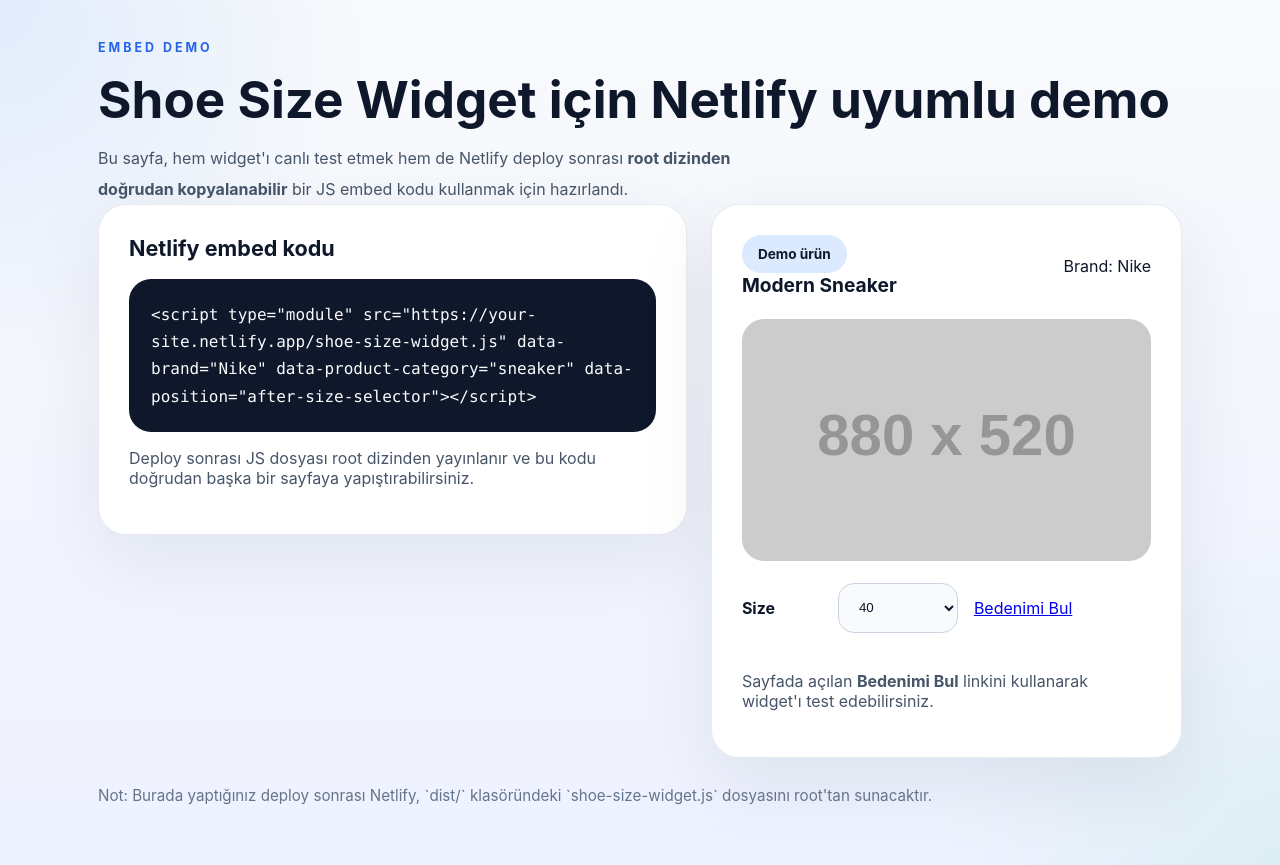
Repository: h-kod/sizeselect
Page: /
An editor plug-in stored every save of this project. The page is shown before and after the next save, followed by the edit.
The browser window is 1280 px wide. The pictures show the whole page.
The project was rebuilt for these pictures with package versions that can differ from the ones it lists, and the page was loaded fresh each time. Also part of the build but not shown: vite.config.ts.

Above is the page before, as saved 2026-06-07 05:12:09.

### index.html
<!doctype html>
<html lang="tr">
  <head>
    <meta charset="utf-8" />
    <meta name="viewport" content="width=device-width, initial-scale=1.0" />
    <title>Shoe Size Widget Demo</title>
    <style>
      :root {
        color-scheme: light;
        color: #0f172a;
        background: #f8fafc;
        font-family: Inter, ui-sans-serif, system-ui, -apple-system, BlinkMacSystemFont, "Segoe UI", sans-serif;
      }
      * {
        box-sizing: border-box;
      }
      html, body {
        margin: 0;
        min-height: 100vh;
        overflow-x: hidden;
      }
      body {
        background: radial-gradient(circle at top left, rgba(59,130,246,0.12), transparent 24%),
          radial-gradient(circle at bottom right, rgba(16,185,129,0.08), transparent 22%),
          linear-gradient(180deg, #f8fafc 0%, #eef2ff 100%);
      }
      main {
        max-width: 1120px;
        margin: 0 auto;
        padding: 40px 18px 60px;
      }
      .hero {
        display: grid;
        gap: 28px;
      }
      .hero-headline {
        display: flex;
        flex-direction: column;
        gap: 18px;
      }
      .eyebrow {
        text-transform: uppercase;
        letter-spacing: 0.24em;
        font-size: 0.78rem;
        color: #2563eb;
        font-weight: 700;
      }
      h1 {
        margin: 0;
        font-size: clamp(2.4rem, 4vw, 3.6rem);
        line-height: 1.02;
      }
      .lede {
        margin: 0;
        max-width: 44rem;
        color: #475569;
        font-size: 1rem;
        line-height: 1.9;
      }
      .grid-2 {
        display: grid;
        gap: 24px;
        min-width: 0;
      }
      .card {
        background: #ffffff;
        border: 1px solid rgba(148, 163, 184, 0.22);
        border-radius: 28px;
        box-shadow: 0 24px 80px rgba(15, 23, 42, 0.08);
        padding: 30px;
        min-width: 0;
      }
      .card h2 {
        margin-top: 0;
        margin-bottom: 18px;
        font-size: 1.35rem;
      }
      .product-panel {
        display: grid;
        gap: 22px;
        min-width: 0;
      }
      .product-meta {
        display: flex;
        flex-wrap: wrap;
        justify-content: space-between;
        align-items: center;
        gap: 14px;
        min-width: 0;
      }
      .product-meta strong {
        display: block;
        font-size: 1.2rem;
      }
      .product-meta .tag {
        display: inline-flex;
        padding: 0.7rem 1rem;
        border-radius: 999px;
        color: #0f172a;
        background: #dbeafe;
        font-size: 0.85rem;
        font-weight: 700;
      }
      .product-panel img {
        width: 100%;
        border-radius: 22px;
        min-height: 200px;
        object-fit: cover;
      }
      .control-row {
        display: flex;
        flex-wrap: wrap;
        gap: 16px;
        align-items: center;
      }
      label {
        font-weight: 700;
        min-width: 80px;
      }
      select {
        min-width: 120px;
        padding: 0.95rem 1rem;
        border-radius: 16px;
        border: 1px solid #cbd5e1;
        background: #f8fafc;
        color: #0f172a;
      }
      .code-block {
        margin: 0;
        padding: 22px;
        border-radius: 22px;
        background: #0f172a;
        color: #f8fafc;
        font-family: ui-monospace, SFMono-Regular, Menlo, Monaco, Consolas, "Liberation Mono", "Courier New", monospace;
        line-height: 1.7;
        white-space: pre-wrap;
        word-break: break-word;
      }
      .note {
        margin-top: 16px;
        color: #475569;
      }
      .feature-list li {
        padding-left: 28px;
        position: relative;
      }
      .feature-list li::before {
        content: "✔";
        position: absolute;
        left: 0;
        top: 0;
        color: #2563eb;
      }
      footer {
        margin-top: 28px;
        color: #64748b;
        font-size: 0.95rem;
      }
      @media (min-width: 960px) {
        .grid-2 {
          grid-template-columns: 1fr 0.8fr;
          align-items: start;
        }
      }
      @media (max-width: 720px) {
        main {
          padding: 28px 18px 40px;
        }
        .product-meta {
          flex-direction: column;
          align-items: flex-start;
        }
      }
    </style>
  </head>
  <body>
    <main>
      <section class="hero-headline">
        <span class="eyebrow">Embed demo</span>
        <h1>Shoe Size Widget için Netlify uyumlu demo</h1>
        <p class="lede">Bu sayfa, hem widget'ı canlı test etmek hem de Netlify deploy sonrası <strong>root dizinden doğrudan kopyalanabilir</strong> bir JS embed kodu kullanmak için hazırlandı.</p>
      </section>

      <section class="grid-2">
        <article class="card">
          <h2>Netlify embed kodu</h2>
          <pre class="code-block">&lt;script type="module" src="https://your-site.netlify.app/shoe-size-widget.js" data-brand="Nike" data-product-category="sneaker" data-position="after-size-selector"&gt;&lt;/script&gt;</pre>
          <p class="note">Deploy sonrası JS dosyası root dizinden yayınlanır ve bu kodu doğrudan başka bir sayfaya yapıştırabilirsiniz.</p>
        </article>

        <article class="card product-panel">
          <div class="product-meta">
            <div>
              <span class="tag">Demo ürün</span>
              <strong>Modern Sneaker</strong>
            </div>
            <span>Brand: Nike</span>
          </div>
          <img src="https://via.placeholder.com/880x520?text=Modern+Sneaker" alt="Modern Sneaker" />
          <div class="control-row">
            <label for="size-select">Size</label>
            <select id="size-select" name="size">
              <option>40</option>
              <option>41</option>
              <option>42</option>
              <option>42.5</option>
              <option>43</option>
              <option>44</option>
            </select>
          </div>
          <p class="note">Sayfada açılan <strong>Bedenimi Bul</strong> linkini kullanarak widget'ı test edebilirsiniz.</p>
        </article>
      </section>

      <footer>Not: Burada yaptığınız deploy sonrası Netlify, `dist/` klasöründeki `shoe-size-widget.js` dosyasını root'tan sunacaktır.</footer>
    </main>

    <script type="module" src="/src/widget/embed.ts" data-brand="Nike" data-product-category="sneaker" data-position="after-size-selector"></script>
  </body>
</html>

### src/widget/embed.ts
import React from 'react'
import { createRoot } from 'react-dom/client'
import ShoeSizeWidget from './ShoeSizeWidget'
import cssText from '../styles/widget.css?inline'

function injectIntoShadow(rootEl:HTMLElement, brand:string){
  const host = document.createElement('div')
  const shadow = host.attachShadow({mode:'open'})
  const style = document.createElement('style')
  style.textContent = cssText
  shadow.appendChild(style)
  const mount = document.createElement('div')
  shadow.appendChild(mount)
  rootEl.appendChild(host)
  const r = createRoot(mount)
  r.render(React.createElement(ShoeSizeWidget,{targetBrand:brand}))
}

function findInsertTarget(position:string){
  if(position === 'after-size-selector'){
    const sel = document.querySelector('select[name*="size"], select[id*="size"], select')
    if(sel && sel.parentElement) return sel.parentElement
  }
  return document.body
}

function init(){
  const script = document.currentScript as HTMLScriptElement | null
  const brand = script?.dataset.brand || 'Nike'
  const pos = script?.dataset.position || 'after-size-selector'
  const target = findInsertTarget(pos)
  if(!target) return
  // create small link if there's no obvious size area
  const wrapper = document.createElement('div')
  wrapper.style.display = 'inline-block'
  const link = document.createElement('a')
  link.textContent = 'Bedenimi Bul'
  link.href = '#'
  link.className = 'ssw-open-link'
  link.onclick = (e)=>{ e.preventDefault(); injectIntoShadow(wrapper, brand); document.querySelector('.ssw-open-link')?.remove() }
  wrapper.appendChild(link)
  target.appendChild(wrapper)
}

init()

### src/styles/widget.css
:host{font-family:Inter,system-ui,Segoe UI,Roboto,"Helvetica Neue",Arial;color:#111;line-height:1.5;box-sizing:border-box}
*,*:before,*:after{box-sizing:inherit}
.ssw-overlay{position:fixed;inset:0;background:rgba(15,23,42,0.35);backdrop-filter:blur(2px);z-index:9998}
.ssw-drawer{position:fixed;right:0;top:0;height:100%;width:420px;max-width:100%;background:#ffffff;box-shadow:-18px 0 44px rgba(15,23,42,0.18);z-index:9999;transform:translateX(100%);transition:transform .28s ease,box-shadow .28s ease;display:flex;flex-direction:column}
.ssw-drawer.open{transform:translateX(0)}
.ssw-header{padding:24px 24px 16px;border-bottom:1px solid #f1f5f9;background:#fff}
.ssw-title{margin:0;font-size:1.25rem;font-weight:700;letter-spacing:-0.02em}
.ssw-subtitle{margin:10px 0 0;color:#475569;font-size:0.95rem;max-width:92%}
.ssw-body{padding:16px 24px 120px;overflow:auto;flex:1}
.ssw-footer{position:absolute;left:0;right:0;bottom:0;padding:16px 24px;border-top:1px solid #f1f5f9;background:#fff;display:flex;gap:12px;justify-content:space-between;align-items:center}
.ssw-button{background:#0f172a;color:#fff;padding:14px 18px;border-radius:14px;border:none;font-weight:700;cursor:pointer;min-width:140px;transition:transform .16s ease,background .16s ease}
.ssw-button:hover{transform:translateY(-1px);background:#0b1220}
.ssw-secondary{background:#f1f5f9;color:#0f172a}
.ssw-secondary:hover{background:#e2e8f0}
.ssw-link{color:#2563eb;cursor:pointer;text-decoration:none;font-weight:600}
.ssw-footer .ssw-link{font-size:0.95rem}
.result-card{padding:18px;border-radius:20px;background:linear-gradient(180deg,rgba(236,246,255,0.95),#f8fbff);border:1px solid #dbeafe;box-shadow:0 8px 24px rgba(15,23,42,0.06)}
.ssw-section{margin-top:22px}
.ssw-section:first-of-type{margin-top:0}
.ssw-label{display:block;margin-bottom:10px;font-size:0.95rem;font-weight:600;color:#334155}
.ssw-input,
.ssw-select,
.ssw-textarea{width:100%;border:1px solid #e2e8f0;border-radius:14px;padding:12px 14px;font-size:0.95rem;color:#0f172a;background:#fff;outline:none;transition:border-color .16s ease,box-shadow .16s ease}
.ssw-input:focus,
.ssw-select:focus{border-color:#2563eb;box-shadow:0 0 0 4px rgba(37,99,235,0.12)}
.ssw-pill-group{display:flex;flex-wrap:wrap;gap:10px}
.ssw-pill{border:1px solid #e2e8f0;border-radius:999px;padding:10px 14px;font-size:0.95rem;background:#f8fafc;color:#0f172a;cursor:pointer;transition:transform .16s ease,background .16s ease,border-color .16s ease}
.ssw-pill.active{background:#0f172a;color:#fff;border-color:#0f172a}
.ssw-pill:hover{transform:translateY(-1px);background:#e2e8f0}
.ssw-brand-grid{display:grid;grid-template-columns:repeat(2,minmax(0,1fr));gap:12px;margin-top:12px}
.ssw-brand-card{display:flex;align-items:center;gap:12px;padding:14px 16px;border-radius:18px;border:1px solid #e2e8f0;background:#fff;cursor:pointer;transition:transform .16s ease,box-shadow .16s ease,border-color .16s ease;text-align:left}
.ssw-brand-card:hover{transform:translateY(-1px);box-shadow:0 16px 40px rgba(15,23,42,0.08)}
.ssw-brand-card.active{border-color:#2563eb;box-shadow:0 20px 45px rgba(37,99,235,0.16)}
.ssw-brand-avatar{display:inline-flex;align-items:center;justify-content:center;width:40px;height:40px;border-radius:50%;color:#fff;font-weight:700;font-size:0.95rem;flex-shrink:0}
.ssw-brand-card strong{display:block;font-size:0.95rem;margin-bottom:4px;color:#111827}
.ssw-brand-card small{display:block;color:#64748b;font-size:0.82rem}
.ssw-chip{display:inline-flex;align-items:center;gap:8px;padding:10px 14px;border-radius:14px;background:#eff6ff;color:#0f172a;border:1px solid #dbeafe;font-size:0.95rem}
.ssw-tile{padding:16px;border-radius:20px;background:#f8fafc;border:1px solid #e2e8f0}
.ssw-stepper{display:flex;gap:8px;flex-wrap:wrap;margin-bottom:18px}
.ssw-step{padding:8px 12px;border-radius:999px;font-size:0.85rem;background:#f8fafc;color:#475569}
.ssw-step.active{background:#0f172a;color:#fff}
.ssw-description{color:#475569;font-size:0.95rem;line-height:1.7;margin-top:12px}
.ssw-section-note{margin-top:10px;color:#64748b;font-size:0.92rem;line-height:1.6}
.ssw-brand-grid{display:grid;grid-template-columns:1fr;gap:12px;margin-top:12px}
.ssw-brand-card{width:100%;min-height:92px}
@media(max-width:640px){
  .ssw-drawer{width:100%;max-width:100%;border-top-left-radius:18px;border-top-right-radius:18px}
  .ssw-header{border-radius:0 0 18px 18px}
  .ssw-body{padding:18px 18px 140px}
  .ssw-footer{padding:16px 18px}
}

### src/widget/drawer.tsx
import React, { useEffect, useRef } from 'react'

export default function Drawer({open,onClose,children}:{open:boolean,onClose:()=>void,children:any}){
  const ref = useRef<HTMLDivElement|null>(null)
  useEffect(()=>{
    function onKey(e:KeyboardEvent){ if(e.key==='Escape') onClose() }
    if(open) document.addEventListener('keydown',onKey)
    return ()=> document.removeEventListener('keydown',onKey)
  },[open])
  return (
    <div>
      {open && <div className="ssw-overlay" onClick={onClose} />}
      <aside ref={ref} className={`ssw-drawer${open? ' open':''}`} role="dialog" aria-label="Ayakkabı numarası asistanı">
        <header className="ssw-header">
          <div style={{display:'flex',justifyContent:'space-between',alignItems:'center',gap:12}}>
            <div>
              <p className="ssw-title">Ayakkabı Numaranı Doğrula</p>
              <p className="ssw-subtitle">Kullandığın markadaki numarana göre bu üründe sana en yakın bedeni bulalım.</p>
            </div>
            <button type="button" className="ssw-secondary" onClick={onClose}>Kapat</button>
          </div>
        </header>
        <div className="ssw-body">{children}</div>
      </aside>
    </div>
  )
}

### src/components/BrandSelector.tsx
import React from 'react'
import { brandMeta } from '../data/brandMeta'

const BRANDS = Object.keys(brandMeta) as Array<keyof typeof brandMeta>

export default function BrandSelector({value,onChange}:{value:string,onChange:(v:string)=>void}){
  return (
    <div className="ssw-section">
      <label className="ssw-label">Daha önce hangi markayı giydin?</label>
      <div className="ssw-brand-grid">
        {BRANDS.map(b => {
          const meta = brandMeta[b]
          return (
            <button key={b} type="button" className={`ssw-brand-card ${value===b? 'active':''}`} onClick={()=>onChange(b)}>
              <span className="ssw-brand-avatar" style={{backgroundColor:meta.color}}>{meta.label}</span>
              <span>
                <strong>{meta.display}</strong>
                <small>{meta.caption}</small>
              </span>
            </button>
          )
        })}
      </div>
    </div>
  )
}

### src/components/SizeSelector.tsx
import React from 'react'

export default function SizeSelector({system,options,value,onChange}:{system:string,options:number[]|string[],value:string,onChange:(v:string)=>void}){
  return (
    <div className="ssw-section">
      <label className="ssw-label">Mevcut numaran</label>
      <div className="ssw-chip">{system}</div>
      <select className="ssw-select" value={value} onChange={e=>onChange(e.target.value)}>
        {options.map(o=> <option key={String(o)} value={String(o)}>{String(o)}</option>)}
      </select>
    </div>
  )
}

### src/components/FitPreference.tsx
import React from 'react'

export default function FitPreference({value,onChange}:{value:string,onChange:(v:string)=>void}){
  const opts = [{k:'dar',t:'Dar seviyorum'},{k:'normal',t:'Tam otursun'},{k:'rahat',t:'Rahat olsun'},{k:'tarakli',t:'Ayağım taraklı'}]
  return (
    <div className="ssw-section">
      <label className="ssw-label">Fit tercihin</label>
      <div className="ssw-pill-group">
        {opts.map(o=> (
          <button key={o.k} type="button" className={`ssw-pill ${value===o.k? 'active':''}`} onClick={()=>onChange(o.k)}>{o.t}</button>
        ))}
      </div>
    </div>
  )
}

### src/components/ResultCard.tsx
import React from 'react'

export default function ResultCard({recommended,alternative,fitNote,confidence}:{recommended:string,alternative:string,fitNote?:string,confidence?:number}){
  return (
    <div className="ssw-section">
      <div className="result-card">
        <div style={{display:'flex',justifyContent:'space-between',alignItems:'center',gap:12}}>
          <div>
            <p style={{margin:0,fontSize:'0.95rem',color:'#64748b'}}>Önerilen beden</p>
            <p style={{margin:'6px 0 0',fontSize:'1.5rem',fontWeight:700}}>{recommended}</p>
          </div>
          <div style={{textAlign:'right'}}>
            <p style={{margin:'0 0 6px',fontSize:'0.85rem',color:'#475569'}}>Güven</p>
            <p style={{margin:0,fontSize:'1rem',fontWeight:700}}>{confidence}%</p>
          </div>
        </div>
        <div style={{marginTop:18,display:'grid',gap:10}}>
          <div style={{display:'flex',justifyContent:'space-between'}}><span style={{color:'#475569'}}>Alternatif</span><strong>{alternative}</strong></div>
          {fitNote && <div style={{color:'#475569'}}>{fitNote}</div>}
          <div style={{background:'#eef2ff',borderRadius:14,padding:'12px 14px',color:'#0f172a'}}>
            Ayağın taraklıysa {recommended}, normal kalıpsa {alternative} tercih edebilirsin.
          </div>
        </div>
      </div>
    </div>
  )
}

### src/components/FootMeasureForm.tsx
import React, { useState } from 'react'

export default function FootMeasureForm({onMeasure}:{onMeasure:(cm:number)=>void}){
  const [val,setVal] = useState('26.5')
  return (
    <div className="ssw-section">
      <label className="ssw-label">Ayağımı ölçerek bul</label>
      <div className="ssw-tile">
        <div style={{display:'flex',gap:10,flexWrap:'wrap',alignItems:'center'}}>
          <input className="ssw-input" value={val} onChange={e=>setVal(e.target.value)} placeholder="26.5" />
          <button type="button" className="ssw-button" onClick={()=>onMeasure(Number(val))}>Hesapla</button>
        </div>
        <p className="ssw-section-note">Topuğunu duvara yasla, en uzun parmağa kadar ölç. Sonra değeri gir.</p>
      </div>
    </div>
  )
}

### src/utils/sizeConverter.ts
import { brandSizeProfiles } from '../data/brandSizeProfiles'

export type SizeSystem = 'EU' | 'US' | 'UK' | 'CM'

export function toCm(brand: string, value: number, system: SizeSystem) {
  const profile: any = (brandSizeProfiles as any)[brand]
  if (!profile) return null
  if (system === 'CM') return value
  const sizes = profile.sizes
  // find closest in given system
  const key = system.toLowerCase()
  let closest = sizes[0]
  let min = Infinity
  for (const s of sizes) {
    const v = (s as any)[key === 'us' ? 'us_m' : key === 'uk' ? 'uk_m' : 'eu']
    if (v == null) continue
    const diff = Math.abs(v - value)
    if (diff < min) {
      min = diff
      closest = s
    }
  }
  return closest.cm
}

export function findNearestSizeByCm(brand: string, cm: number) {
  const profile: any = (brandSizeProfiles as any)[brand]
  if (!profile) return null
  let best = profile.sizes[0]
  let min = Math.abs(best.cm - cm)
  for (const s of profile.sizes) {
    const d = Math.abs(s.cm - cm)
    if (d < min) {
      min = d
      best = s
    }
  }
  return best
}

export function applyFitPreference(euSize:number, pref:string){
  if(pref === 'dar') return euSize - 0.5
  if(pref === 'rahat' || pref==='tarakli') return euSize + 0.5
  return euSize
}

### src/data/brandSizeProfiles.ts
export const brandSizeProfiles = {
  Nike: {
    fitNote: 'Genellikle dar/standart kalıp. Bazı modellerde yarım numara büyük tercih edilebilir.',
    offsetFromStandard: 0.5,
    sizes: [
      { eu: 40, us_m: 7, uk_m: 6, cm: 25 },
      { eu: 41, us_m: 8, uk_m: 7, cm: 26 },
      { eu: 42, us_m: 8.5, uk_m: 7.5, cm: 26.5 },
      { eu: 42.5, us_m: 9, uk_m: 8, cm: 27 },
      { eu: 43, us_m: 9.5, uk_m: 8.5, cm: 27.5 }
    ]
  },
  Adidas: {
    fitNote: 'Genellikle standart kalıp. Nike’a göre bazı modellerde biraz daha geniş hissedilebilir.',
    offsetFromStandard: 0,
    sizes: [
      { eu: 40, us_m: 7, uk_m: 6, cm: 25.2 },
      { eu: 41, us_m: 8, uk_m: 7, cm: 26.1 },
      { eu: 42, us_m: 8.5, uk_m: 7.5, cm: 26.6 },
      { eu: 42.5, us_m: 9, uk_m: 8, cm: 27.1 },
      { eu: 43, us_m: 9.5, uk_m: 8.5, cm: 27.6 }
    ]
  }
} as const

### src/utils/domIntegration.ts
export function findSizeElement() {
  // try select
  const selectors = ['select[name*="size"]','select[id*="size"]','select']
  for(const sel of selectors){
    const el = document.querySelector(sel) as HTMLSelectElement | null
    if(el && el.options.length>0) return el
  }
  // radios
  const radios = Array.from(document.querySelectorAll('input[type="radio"]'))
  if(radios.length) return radios[0].closest('form') || radios[0]
  return null
}

export function trySelectSize(value:string){
  try{
    const sel = findSizeElement() as HTMLSelectElement | null
    if(sel && sel.tagName === 'SELECT'){
      const target = String(value).trim()
      const numericTarget = Number(target.replace(/[^\\d.]/g,''))
      // exact text match
      for(const [i,opt] of Array.from(sel.options).entries()){
        const text = opt.textContent? opt.textContent.trim() : ''
        if(text === target){ sel.selectedIndex = i; sel.dispatchEvent(new Event('change',{bubbles:true})); return true }
        const num = Number(text.replace(/[^\d.]/g,''))
        if(!Number.isNaN(num) && !Number.isNaN(numericTarget) && Math.abs(num - numericTarget) < 0.001){ sel.selectedIndex = i; sel.dispatchEvent(new Event('change',{bubbles:true})); return true }
      }
      // nearest numeric fallback
      if(!Number.isNaN(numericTarget)){
        let bestIndex = -1
        let bestDiff = Infinity
        for(const [i,opt] of Array.from(sel.options).entries()){
          const text = opt.textContent? opt.textContent.trim() : ''
          const num = Number(text.replace(/[^\d.]/g,''))
          if(Number.isNaN(num)) continue
          const d = Math.abs(num - numericTarget)
          if(d < bestDiff){ bestDiff = d; bestIndex = i }
        }
        if(bestIndex >= 0){ sel.selectedIndex = bestIndex; sel.dispatchEvent(new Event('change',{bubbles:true})); return true }
      }
    }
    // radios
    const radios = Array.from(document.querySelectorAll('input[type="radio"]')) as HTMLInputElement[]
    for(const r of radios){
      const label = (r.nextElementSibling && r.nextElementSibling.textContent) || r.value
      if(label && label.trim()===value){
        r.checked = true
        r.dispatchEvent(new Event('change',{bubbles:true}))
        return true
      }
    }
  }catch(e){ console.warn('select error',e) }
  return false
}

### src/data/brandMeta.ts
export const brandMeta = {
  Nike: { label: 'NI', display: 'Nike', color: '#111111', caption: 'Hafif dar kalıp' },
  Adidas: { label: 'AD', display: 'Adidas', color: '#000000', caption: 'Standart kalıp' },
  Puma: { label: 'PU', display: 'Puma', color: '#d62828', caption: 'Sportif ve sıkı' },
  'New Balance': { label: 'NB', display: 'New Balance', color: '#1f2937', caption: 'Rahat günlük kullanıma' },
  Converse: { label: 'CV', display: 'Converse', color: '#0f172a', caption: 'Klasik sneaker uyumu' },
  Vans: { label: 'VA', display: 'Vans', color: '#111827', caption: 'Kaykaycı tarzı' },
  Reebok: { label: 'RB', display: 'Reebok', color: '#0f766e', caption: 'Aktif spor kalıbı' },
  Skechers: { label: 'SK', display: 'Skechers', color: '#334155', caption: 'Konfor odaklı' }
} as const

Loaded but not shown: src/widget/ShoeSizeWidget.tsx (125 lines, source omitted)

After the next save:
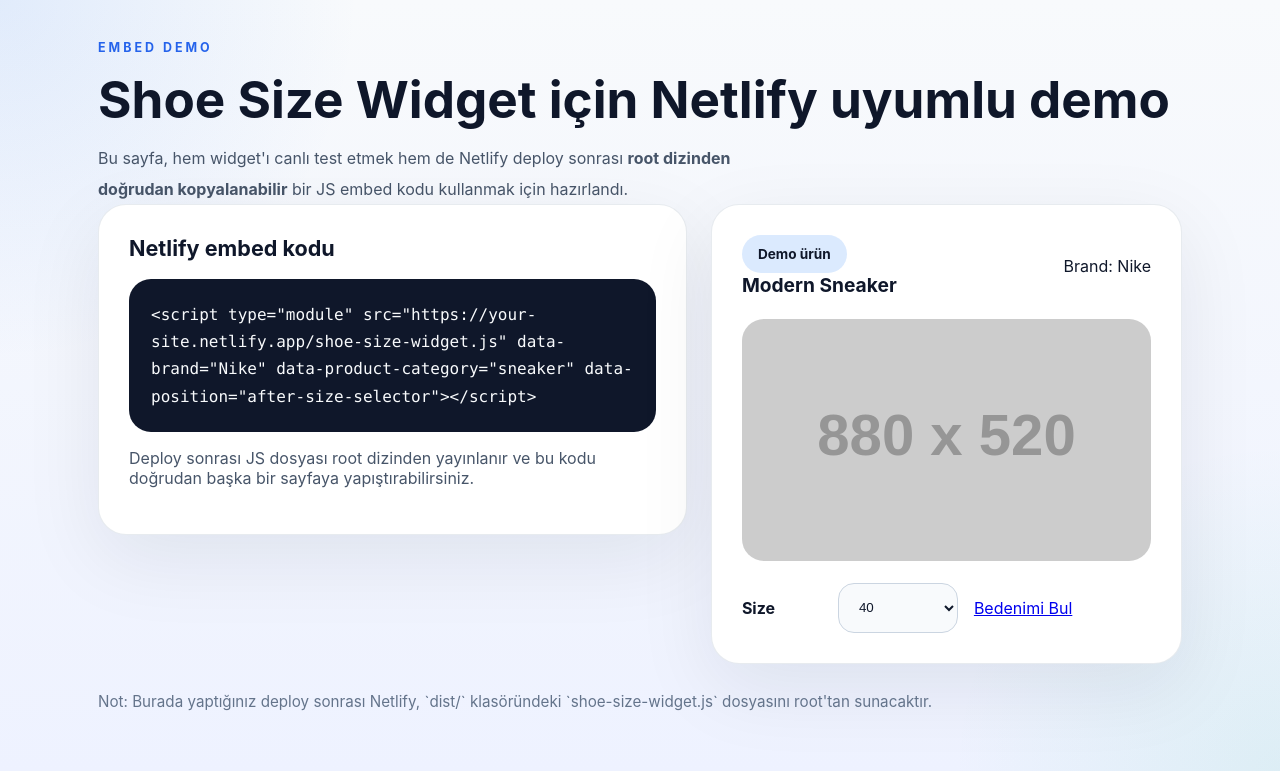
Saved 5 s later.
--- a/index.html
+++ b/index.html
@@ -208,7 +208,6 @@
               <option>44</option>
             </select>
           </div>
-          <p class="note">Sayfada açılan <strong>Bedenimi Bul</strong> linkini kullanarak widget'ı test edebilirsiniz.</p>
         </article>
       </section>
 
